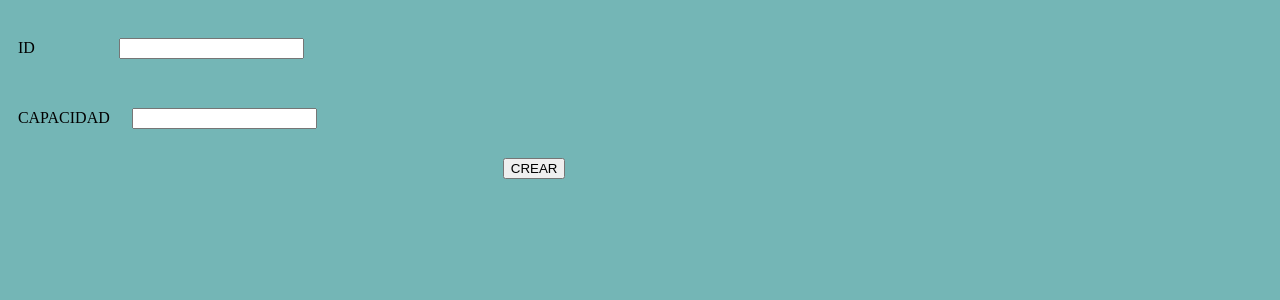
Repository: Robin-Rivadeneira/prueva_pablo
Page: index.html
An editor plug-in stored every save of this project. The page is shown before and after the next save, followed by the edit.
The browser window is 1280 px wide. The pictures show the whole page.

Above is the page before, as saved 2020-01-16 20:31:44.

After the next save:
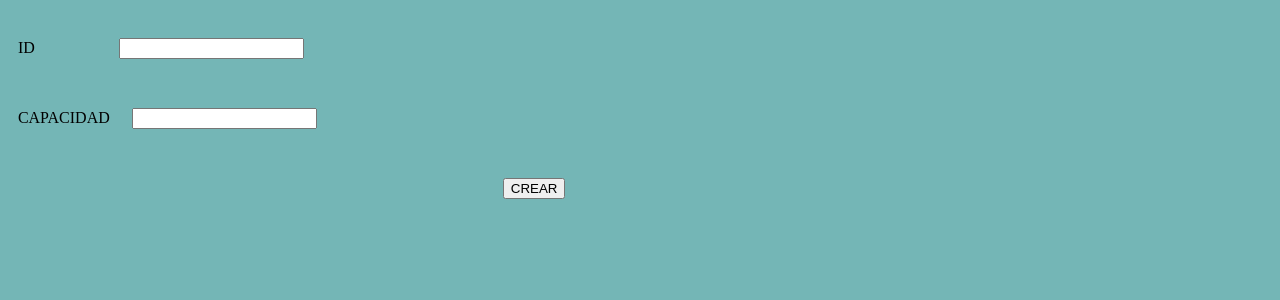
Saved 6 s later.
--- a/css/bomberos.css
+++ b/css/bomberos.css
@@ -24,5 +24,5 @@ body{
 }
 .button{
     position: relative;
-    top: 150px;
+    top: 170px;
 }
